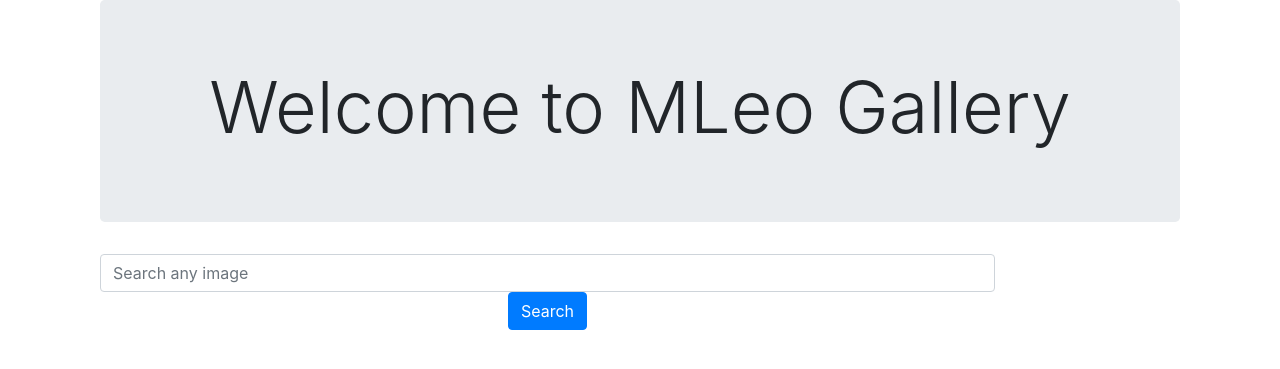
Repository: the-manohar/gallery
Page: /
An editor plug-in stored every save of this project. The page is shown before and after the next save, followed by the edit.
The browser window is 1280 px wide. The pictures show the whole page.
The project was rebuilt for these pictures with package versions that can differ from the ones it lists, and the page was loaded fresh each time.

Above is the page before, as saved 2020-06-18 23:56:41.

### src/index.js
import React from "react";
import ReactDOM from "react-dom";
import "./index.css";
import "bootstrap/dist/css/bootstrap.css";
import App from "./App";
import * as serviceWorker from "./serviceWorker";

ReactDOM.render(
  <React.StrictMode>
    <App />
  </React.StrictMode>,
  document.getElementById("root")
);

// If you want your app to work offline and load faster, you can change
// unregister() to register() below. Note this comes with some pitfalls.
// Learn more about service workers: https://bit.ly/CRA-PWA
serviceWorker.unregister();

### src/App.js
import React, { useState } from "react";
import { Button, InputGroup, Input, Jumbotron, Spinner } from "reactstrap";

import "./App.css";

function App() {
  const [value, setValue] = useState("");
  const [result, setResult] = useState([]);
  const fetchImages = () => {
    fetch(
      `https://api.unsplash.com/search/photos/?client_id=V38aA4zOjg1Xb1lBpNRUAK8duXvqwhDHHJbssXB_Pps&query=${value}&orientation=squarish&per_page=18`
    )
      .then((res) => res.json())
      .then((data) => {
        setResult(data.results);
      });
  };
  return (
    <div className="container App">
      <div className="col-md-12 col-sm-10 col-xs-12">
        <Jumbotron>
          <h1 className="display-3">Welcome to MLeo Gallery</h1>
        </Jumbotron>
      </div>
      <div className="col-sm-12 col-md-10 col-xs-3 ">
        <InputGroup>
          <Input
            placeholder="Search any image"
            value={value}
            onChange={(event) => setValue(event.target.value)}
          />
        </InputGroup>
        <Button color="primary" onClick={() => fetchImages()}>
          Search
        </Button>
      </div>
    </div>
  );
}

export default App;

//

### src/App.css
.App {
  text-align: center;
}
.mydiv {
  display: flex;
  justify-content: space-around;
  margin: 10px 7%;
  box-shadow: 1px 1px 5px grey;
  padding: 10px;
}
.gallery {
  display: flex;
  flex-wrap: wrap;
  justify-content: space-around;
}
.item {
  width: 30%;
  margin: 5px;
}

Loaded but not shown: public/index.html (common file); src/index.css (common file); src/serviceWorker.js (common file)

After the next save:
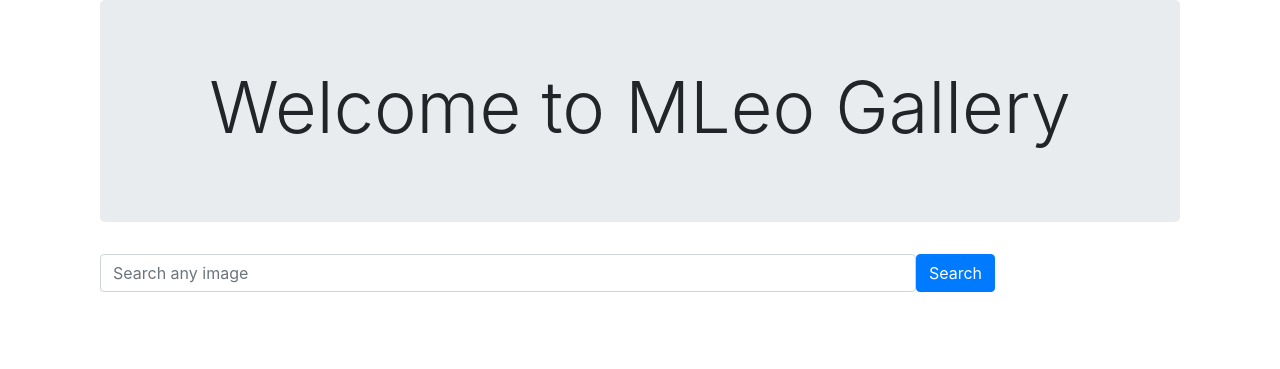
Saved 6 s later.
--- a/src/App.js
+++ b/src/App.js
@@ -22,7 +22,7 @@ function App() {
           <h1 className="display-3">Welcome to MLeo Gallery</h1>
         </Jumbotron>
       </div>
-      <div className="col-sm-12 col-md-10 col-xs-3 ">
+      <div className="d-flex col-sm-12 col-md-10 col-xs-3 ">
         <InputGroup>
           <Input
             placeholder="Search any image"
